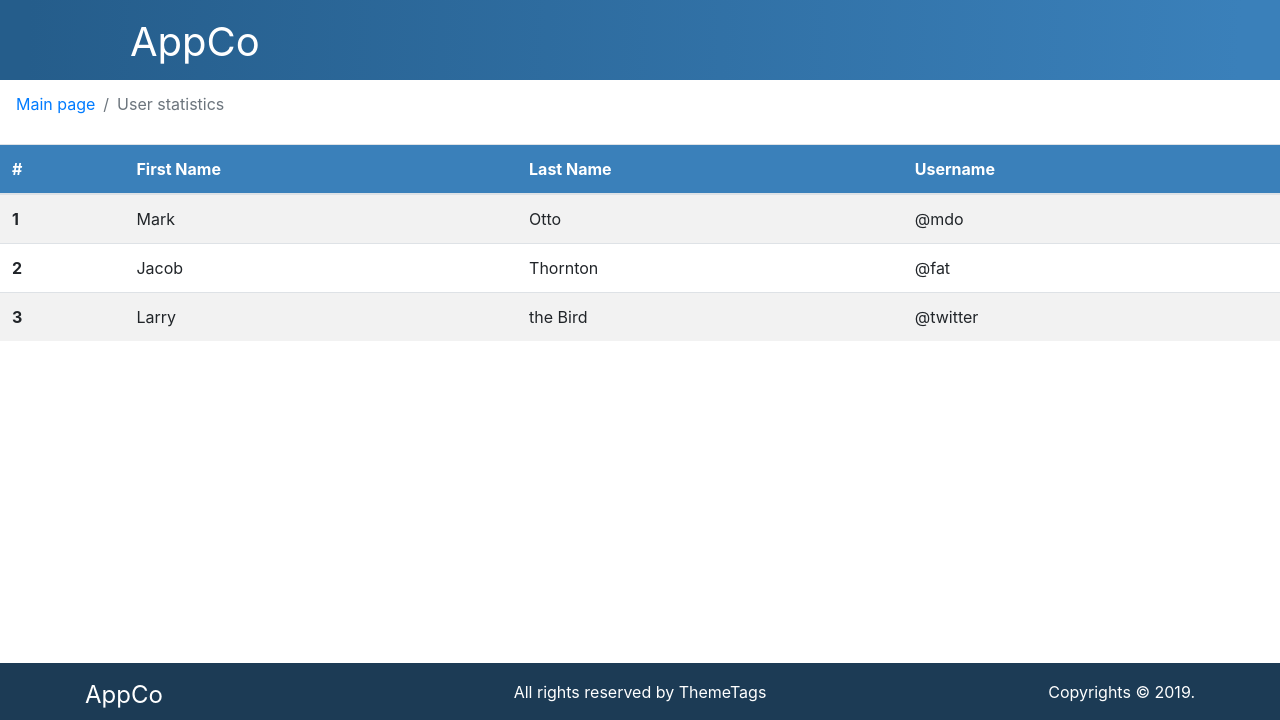
Repository: andbilous/user-statistics-app
Page: /
The author's editor kept a copy of each file at every save. The page is drawn from the files as they stood at one save, then again after the next save.
The browser window is 1280 px wide. The pictures show the whole page.
The project was rebuilt for these pictures with package versions that can differ from the ones it lists, and the page was loaded fresh each time. Also part of the build but not shown: src/components/brainstorming/index.js, src/components/reasons/reasons.scss, src/components/reasons/index.js, src/components/footer/footer.scss, src/components/footer/index.js, src/pages/Main.jsx.

Above is the page before, as saved 2020-06-22 05:32:28.

After the next save:
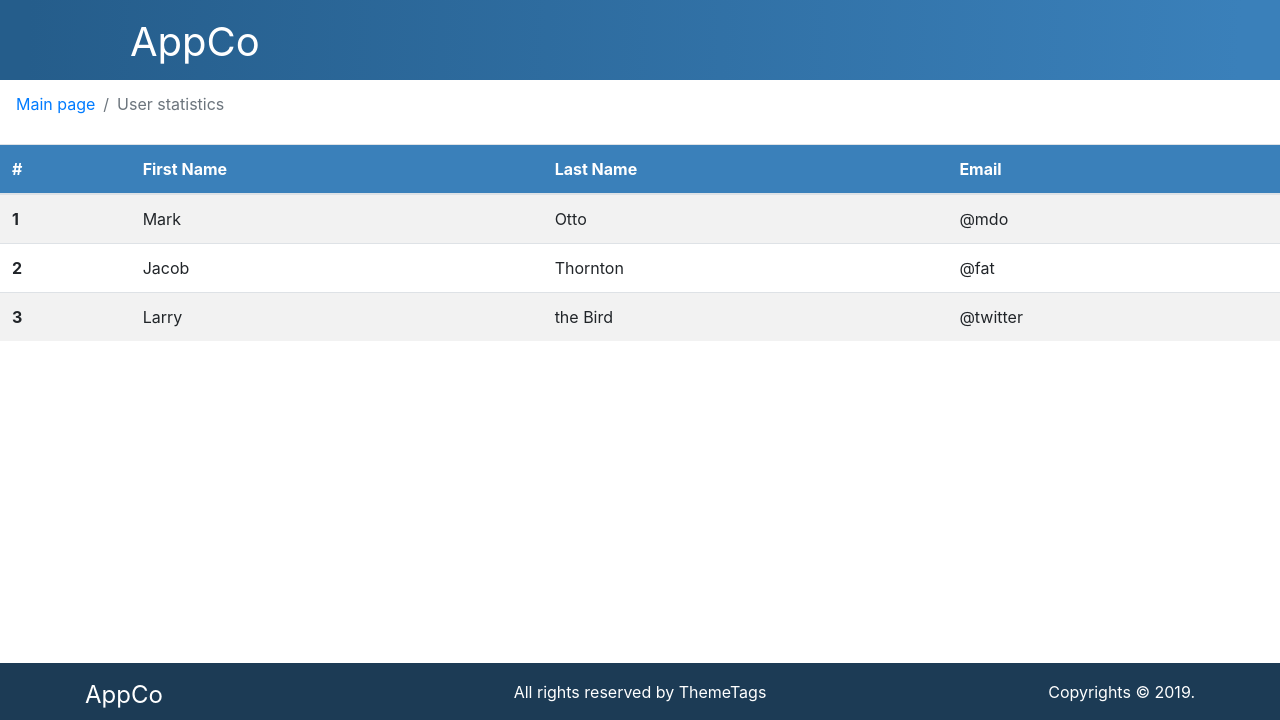
Saved 4 h 36 min later.
--- a/src/pages/Stats.jsx
+++ b/src/pages/Stats.jsx
@@ -18,7 +18,7 @@ const Stats = () => {
               <th>#</th>
               <th>First Name</th>
               <th>Last Name</th>
-              <th>Username</th>
+              <th>Email</th>
             </tr>
           </thead>
           <tbody>
